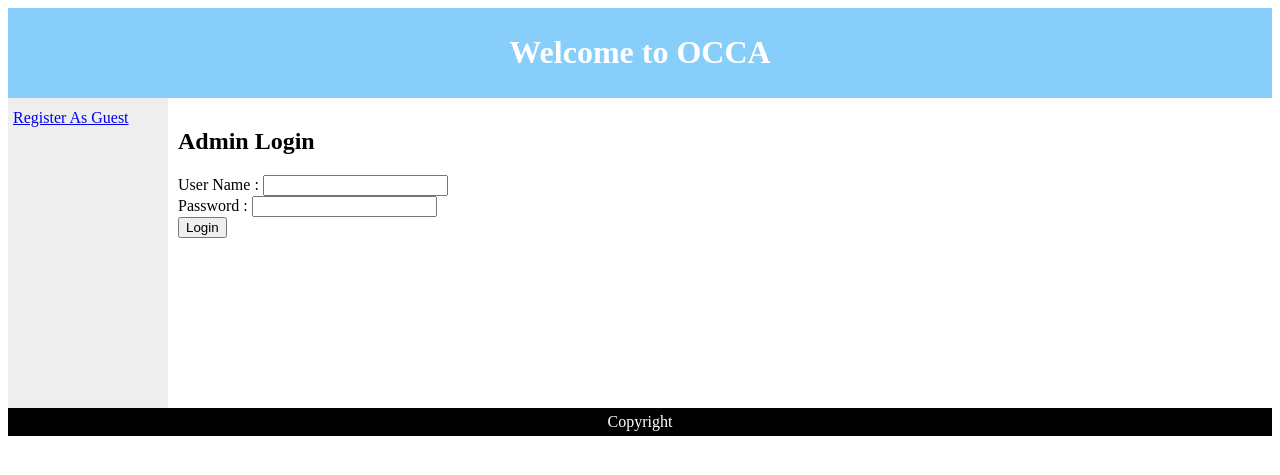
Repository: dreamxia329/TechExercise4830
Page: T3-0325-xia/T3-webProject-Xia/WebContent/login.html
These files come from the project's save history. The page is drawn as it stood at one moment and after the next save; the edit follows.
The browser window is 1280 px wide. The pictures show the whole page.

Above is the page before, as saved 2022-03-31 16:22:28.

After the next save:
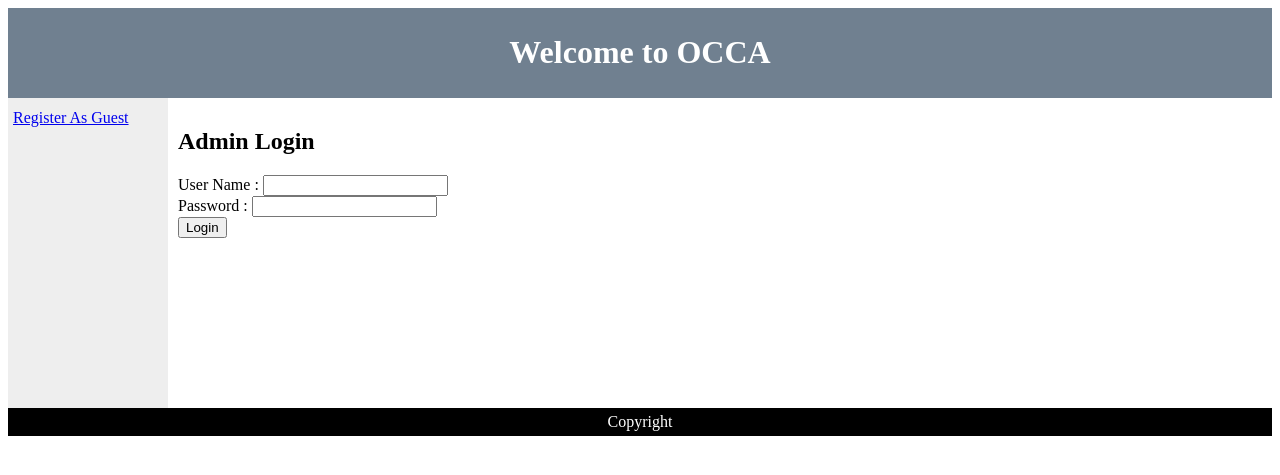
Saved 105 s later.
--- a/T3-0325-xia/T3-webProject-Xia/WebContent/login.html
+++ b/T3-0325-xia/T3-webProject-Xia/WebContent/login.html
@@ -2,7 +2,7 @@
 <head>
 <style>
 header {
-	background-color: #87CEFA;
+	background-color: #708090;
 	color: white;
 	text-align: center;
 	padding: 5px;
